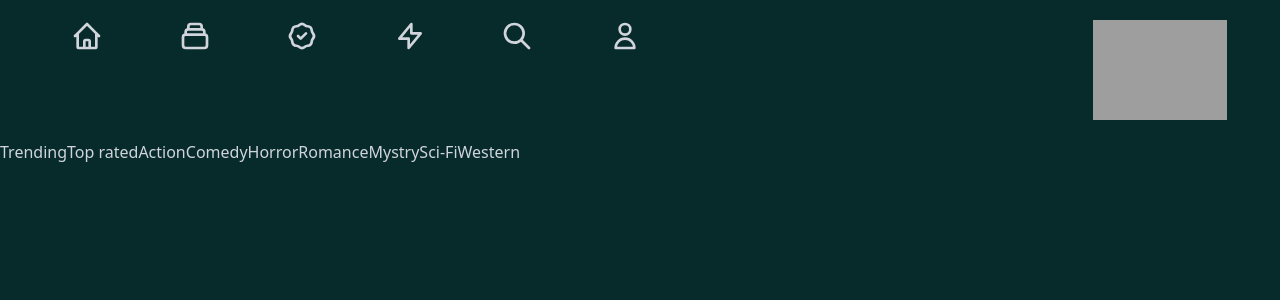
Repository: husainmamuwala/hulu-clone
Page: /
The author's editor kept a copy of each file at every save. The page is drawn from the files as they stood at one save, then again after the next save.
The browser window is 1280 px wide. The pictures show the whole page.
Pictures or frames that could not be fetched are drawn as grey boxes. The project was rebuilt for these pictures with package versions that can differ from the ones it lists, and the page was loaded fresh each time. The framework's server and built-in components were replaced by stand-ins that run in the browser. Also part of the build but not shown: next.config.js.

Above is the page before, as saved 2022-08-08 00:15:06.

After the next save:
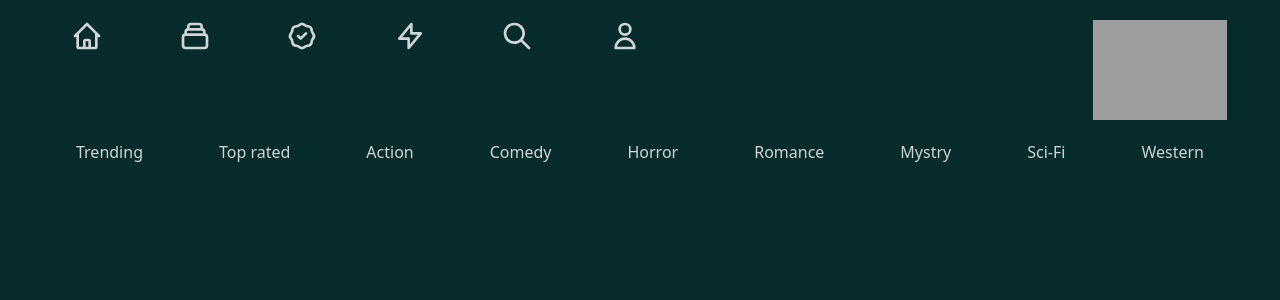
Saved 4 s later.
--- a/components/Nav.js
+++ b/components/Nav.js
@@ -3,7 +3,7 @@
 
 function Nav() {
   return (
-    <div className='flex just'>
+    <div className='flex justify-evenly'>
         {Object.entries(requests).map(([key,{title,url}]) =>
         <h2 key={key} className="cursor-pointer transition duration-100
         hover:scale-125 hover:text-white active:text-red-500">{title}</h2>

After the save that followed:
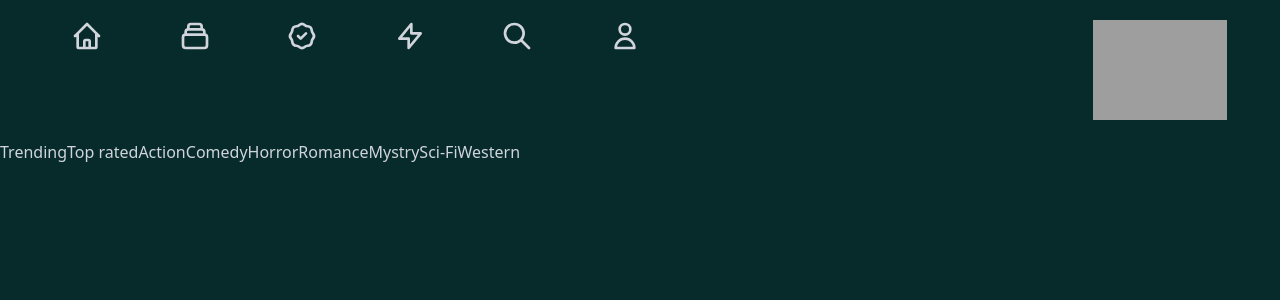
Saved 41 s later.
--- a/components/Nav.js
+++ b/components/Nav.js
@@ -3,7 +3,7 @@
 
 function Nav() {
   return (
-    <div className='flex justify-evenly'>
+    <div className='flex '>
         {Object.entries(requests).map(([key,{title,url}]) =>
         <h2 key={key} className="cursor-pointer transition duration-100
         hover:scale-125 hover:text-white active:text-red-500">{title}</h2>
